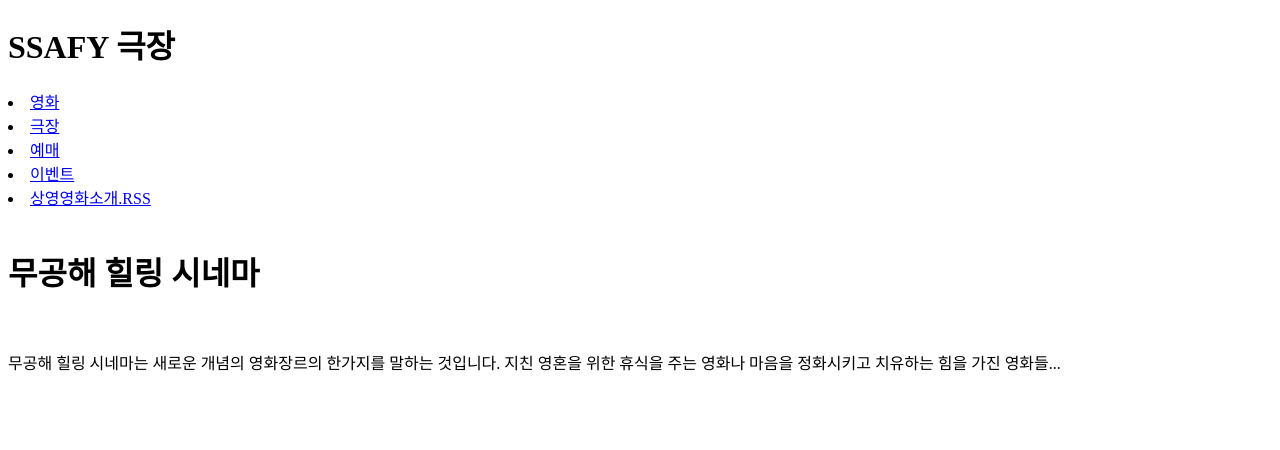
Repository: hyungju2/SSAFY_JavaPractice
Page: 20190211_HTML/web_java/HTMLProject/WebContent/html/index.html
An editor plug-in stored every save of this project. The page is shown before and after the next save, followed by the edit.
The browser window is 1280 px wide. The pictures show the whole page.

Above is the page before, as saved 2019-02-11 07:44:49.

### 20190211_HTML/web_java/HTMLProject/WebContent/html/index.html
<!DOCTYPE html>
<html>
<head>
<meta charset="EUC-KR">
<title>SSAFY 극장</title>
</head>
<body>
<h1> SSAFY 극장</h1>
	<header>
		<nav>
			<li><a href="#">영화</a></li>
			<li><a href="#">극장</a></li>
			<li><a href="#">예매</a></li>
			<li><a href="#">이벤트</a></li>
			<li><a href="#">상영영화소개.RSS</a></li>
		</nav>
	</header>
<br>
<h1> 무공해 힐링 시네마 </h1>
<br>
<p>무공해 힐링 시네마는 새로운 개념의 영화장르의 한가지를 말하는 것입니다. 지친 영혼을 위한 휴식을 주는 영화나 마음을 정화시키고 치유하는 힘을 가진 영화들...
</body>
</html>

After the next save:
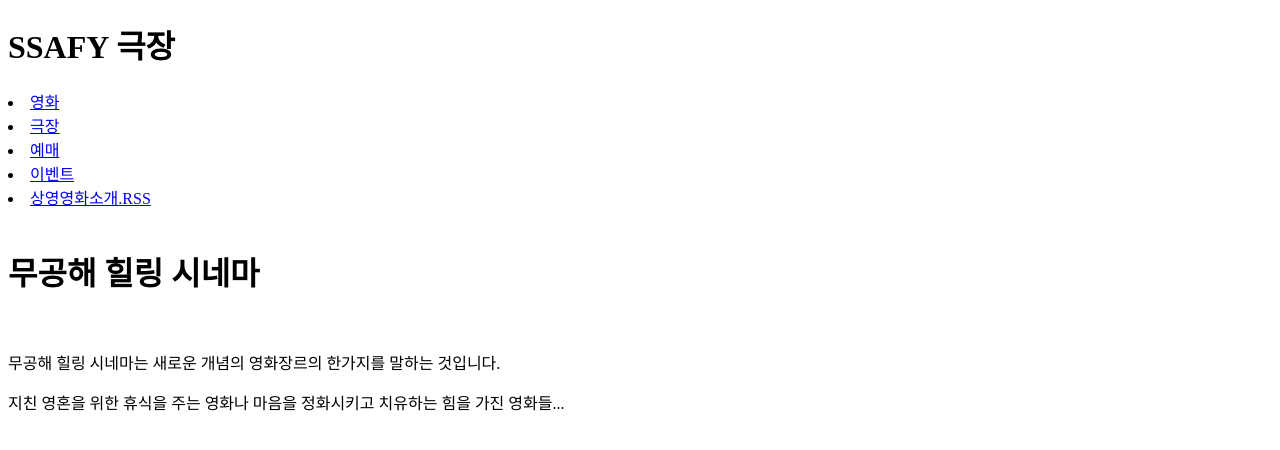
Saved 20 s later.
--- a/20190211_HTML/web_java/HTMLProject/WebContent/html/index.html
+++ b/20190211_HTML/web_java/HTMLProject/WebContent/html/index.html
@@ -18,6 +18,6 @@
 <br>
 <h1> 무공해 힐링 시네마 </h1>
 <br>
-<p>무공해 힐링 시네마는 새로운 개념의 영화장르의 한가지를 말하는 것입니다. 지친 영혼을 위한 휴식을 주는 영화나 마음을 정화시키고 치유하는 힘을 가진 영화들...
+<p>무공해 힐링 시네마는 새로운 개념의 영화장르의 한가지를 말하는 것입니다. <p>지친 영혼을 위한 휴식을 주는 영화나 마음을 정화시키고 치유하는 힘을 가진 영화들...
 </body>
 </html>

After the save that followed:
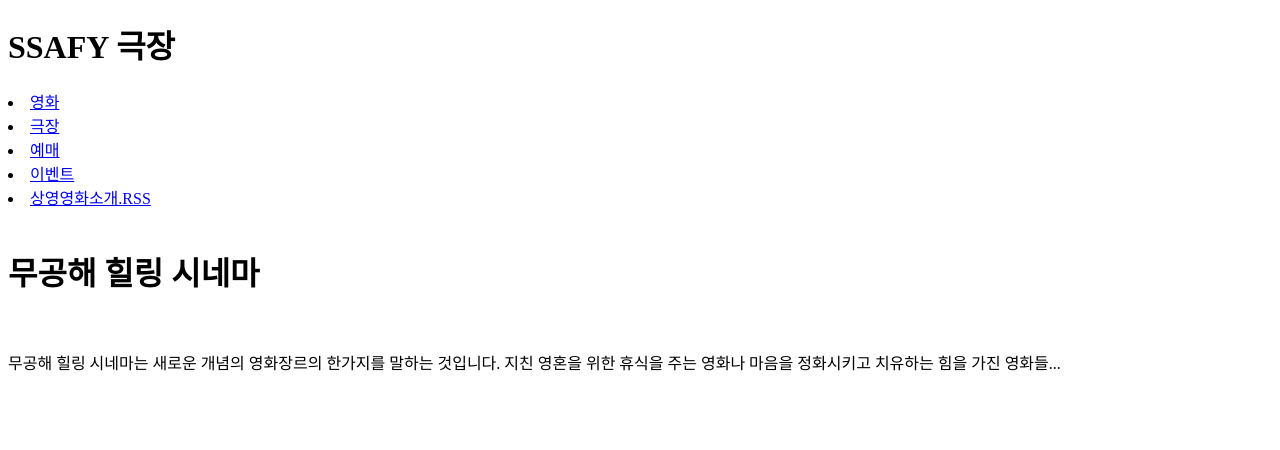
Saved 14 s later.
--- a/20190211_HTML/web_java/HTMLProject/WebContent/html/index.html
+++ b/20190211_HTML/web_java/HTMLProject/WebContent/html/index.html
@@ -18,6 +18,6 @@
 <br>
 <h1> 무공해 힐링 시네마 </h1>
 <br>
-<p>무공해 힐링 시네마는 새로운 개념의 영화장르의 한가지를 말하는 것입니다. <p>지친 영혼을 위한 휴식을 주는 영화나 마음을 정화시키고 치유하는 힘을 가진 영화들...
+<p>무공해 힐링 시네마는 새로운 개념의 영화장르의 한가지를 말하는 것입니다. 지친 영혼을 위한 휴식을 주는 영화나 마음을 정화시키고 치유하는 힘을 가진 영화들...
 </body>
 </html>
